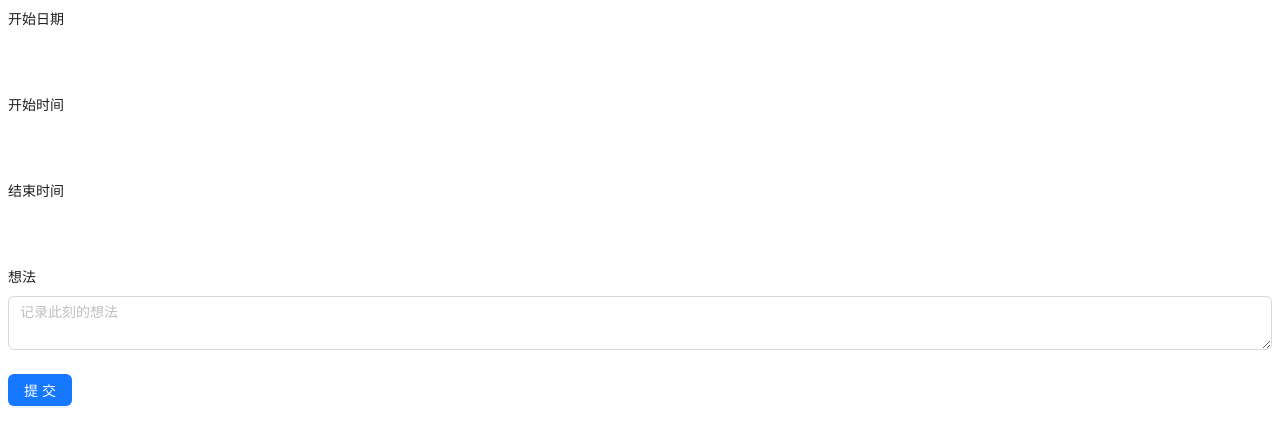
Repository: wujieli0207/time-value-app
Page: /
An editor plug-in stored every save of this project. The page is shown before and after the next save, followed by the edit.
The browser window is 1280 px wide. The pictures show the whole page.
The project was rebuilt for these pictures with package versions that can differ from the ones it lists, and the page was loaded fresh each time. Also part of the build but not shown: vite.config.ts.

Above is the page before, as saved 2024-01-29 10:38:48.

After the next save:
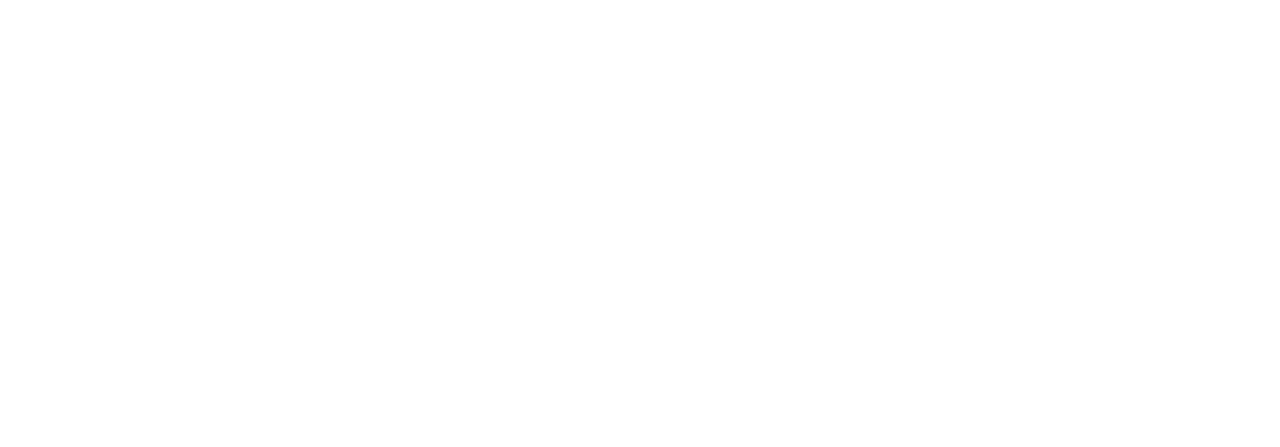
Console error: ReferenceError: DatePicker is not defined
Saved 97 s later.
--- a/src/App.tsx
+++ b/src/App.tsx
@@ -31,7 +31,9 @@
   return (
     <>
       <Form layout="vertical">
-        <Form.Item label="开始日期"></Form.Item>
+        <Form.Item label="开始日期">
+          <DatePicker />
+        </Form.Item>
         <Form.Item label="开始时间"></Form.Item>
         <Form.Item label="结束时间"></Form.Item>
         <Form.Item label="想法">

After the save that followed:
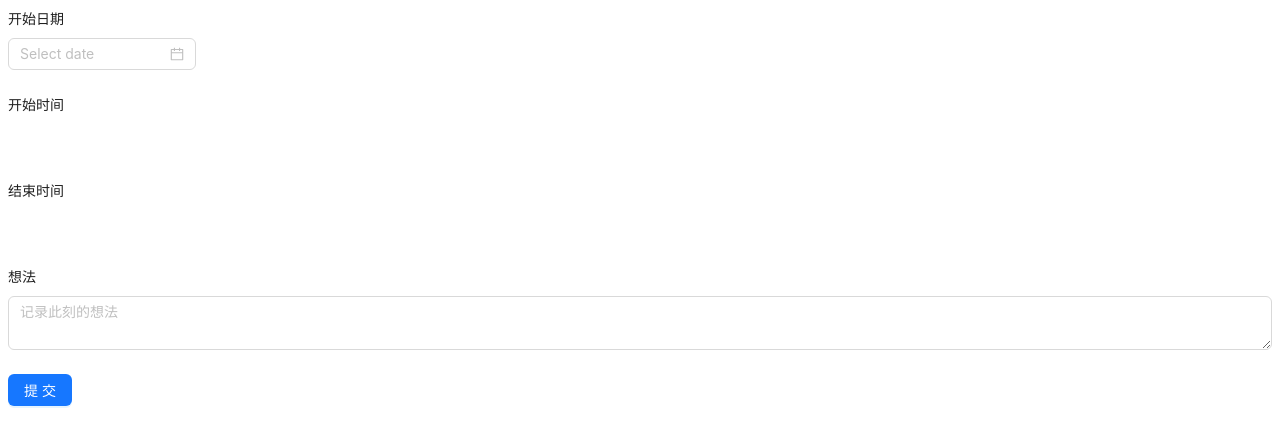
The error is gone.
Saved 10 s later.
--- a/src/App.tsx
+++ b/src/App.tsx
@@ -1,4 +1,4 @@
-import { Button, Form, Input } from 'antd'
+import { Button, Form, Input, DatePicker } from 'antd'
 import { useMemo, useState } from 'react'
 import { generateTimesGap } from './utils'
 
